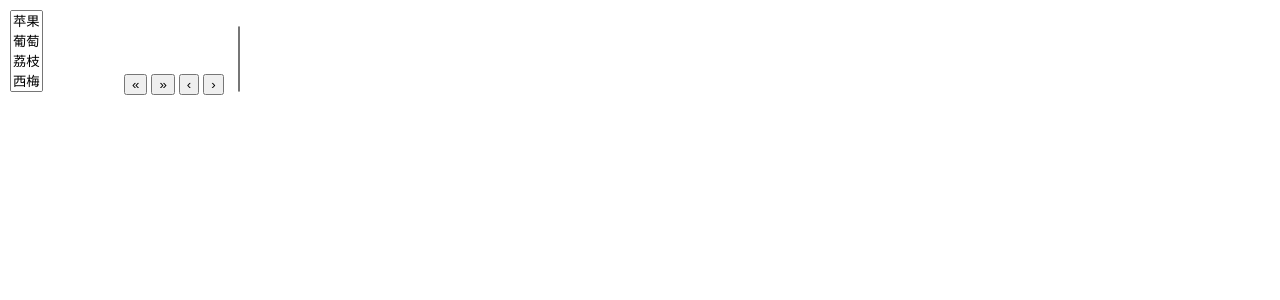
Repository: tfdonna/fontend
Page: js第一阶段/jquery/WebContent/hw02-移动选项.html
These files come from the project's save history. The page is drawn as it stood at one moment and after the next save; the edit follows.
The browser window is 1280 px wide. The pictures show the whole page.

Above is the page before, as saved 2021-09-06 11:59:56.

### js第一阶段/jquery/WebContent/hw02-移动选项.html
<!DOCTYPE html>
<html>
<head>
	<meta charset="UTF-8">
	<title>Insert title here</title>
	<script type="text/javascript" src="jquery.js"></script>
	<style type="text/css">
	body {
	   margin: 0;
	   padding: 0;
    }
    .box, .box2, .btn{
        display: inline-block;
    }
    .box, .box2{
        width: 100px;
        height: 200px;
        margin: 10px;
    }
	</style>
</head>
<body>
    <div class="box">
        <select class="t1" multiple="multiple" id="first">
            <option value="fruit">苹果</option>
            <option value="fruit">葡萄</option>
            <option value="fruit">荔枝</option>
            <option value="fruit">西梅</option>
            <option value="fruit">香蕉</option>
        </select>
    </div>
    <div class="btn">
        <button>«</button>
        <button>»</button>
        <button>‹</button>
        <button>›</button>
    </div>
    <div class="box2">
        <select class="t1" multiple="multiple" id="second"></select>
    </div>
</body>
</html>

Loaded but not shown: js第一阶段/jquery/WebContent/jquery.js (library)

After the next save:
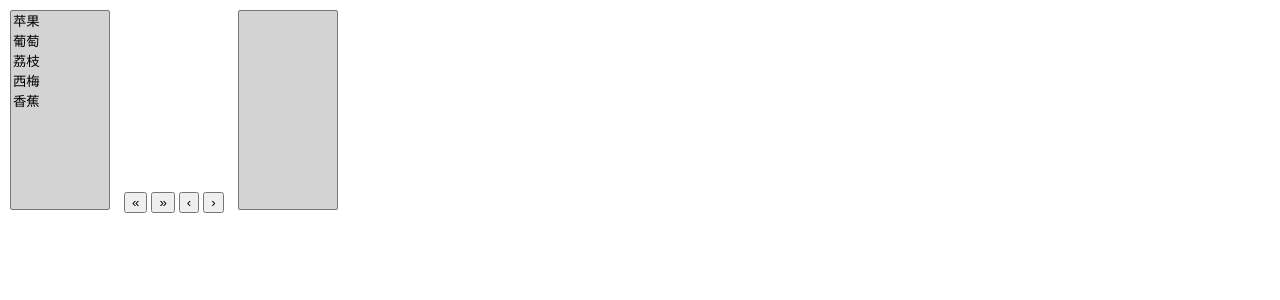
Saved 34 s later.
--- a/js第一阶段/jquery/WebContent/hw02-移动选项.html
+++ b/js第一阶段/jquery/WebContent/hw02-移动选项.html
@@ -16,6 +16,11 @@
         width: 100px;
         height: 200px;
         margin: 10px;
+    }
+    select {
+	   width: 100px;
+	   height: 200px;
+	   background: lightgrey;
     }
 	</style>
 </head>
